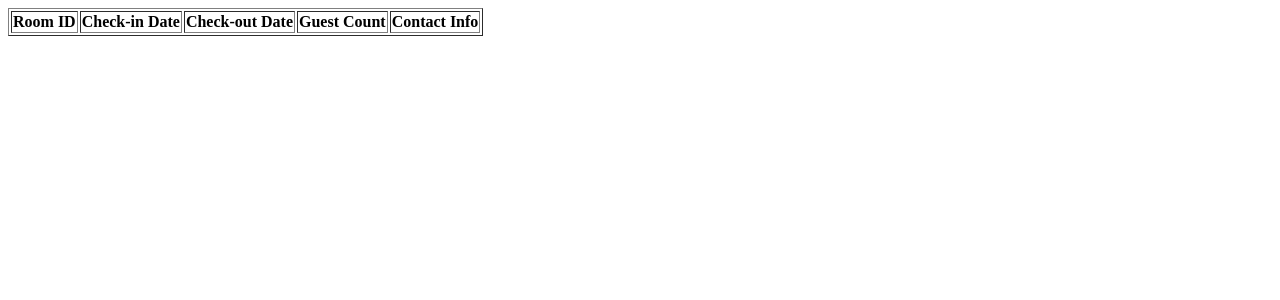
Repository: malingubarnice/Online-Reservation-System
Page: http://localhost/bookings_report.php?sort=room_id
An editor plug-in stored every save of this project. The page is shown before and after the next save, followed by the edit.
The browser window is 1280 px wide. The pictures show the whole page.
The page is run by PHP 8.4 with error messages shown; the project is at /var/www/html/. Queries for data that is not in the repository find no rows.

Above is the page before, as saved 2025-02-26 14:11:20.

After the next save:
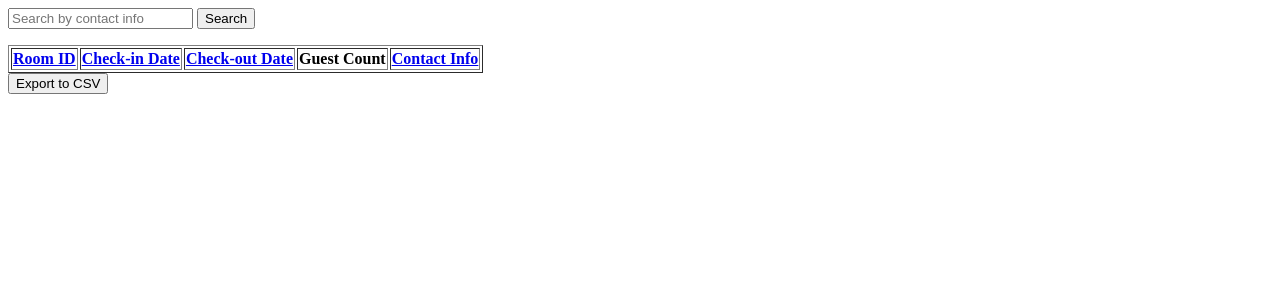
Saved 5 min 46 s later.
--- a/bookings_report.php
+++ b/bookings_report.php
@@ -1,29 +1,47 @@
 <?php
 // Database connection
-$host = "localhost";
-$user = "root";
-$password = "";
-$database = "coppers_ivy";
-
-$conn = mysqli_connect($host, $user, $password, $database);
-if (!$conn) {
-    die("Connection failed: " . mysqli_connect_error());
+$conn = new mysqli("localhost", "root", "", "coppers_ivy");
+if ($conn->connect_error) {
+    die("Connection failed: " . $conn->connect_error);
 }
 
-// Fetch bookings data
-$query = "SELECT room_id, check_in_date, check_out_date, guest_count, contact_info FROM bookings ORDER BY check_in_date DESC";
-$result = mysqli_query($conn, $query);
+// Pagination setup
+$limit = 10;
+$page = isset($_GET['page']) ? $_GET['page'] : 1;
+$start = ($page - 1) * $limit;
+
+// Search & Sorting
+$search = isset($_GET['search']) ? $_GET['search'] : '';
+$sort = isset($_GET['sort']) ? $_GET['sort'] : 'check_in_date DESC';
+
+$query = "SELECT room_id, check_in_date, check_out_date, guest_count, contact_info
+          FROM bookings
+          WHERE contact_info LIKE '%$search%'
+          ORDER BY $sort
+          LIMIT $start, $limit";
+$result = $conn->query($query);
+
+// Get total rows for pagination
+$totalQuery = "SELECT COUNT(*) AS total FROM bookings WHERE contact_info LIKE '%$search%'";
+$totalResult = $conn->query($totalQuery);
+$totalRow = $totalResult->fetch_assoc();
+$totalPages = ceil($totalRow['total'] / $limit);
 ?>
+
+<form method="GET">
+    <input type="text" name="search" placeholder="Search by contact info" value="<?php echo $search; ?>">
+    <button type="submit">Search</button>
+</form>
 
 <table border="1">
     <tr>
-        <th>Room ID</th>
-        <th>Check-in Date</th>
-        <th>Check-out Date</th>
+        <th><a href="?sort=room_id">Room ID</a></th>
+        <th><a href="?sort=check_in_date">Check-in Date</a></th>
+        <th><a href="?sort=check_out_date">Check-out Date</a></th>
         <th>Guest Count</th>
-        <th>Contact Info</th>
+        <th><a href="?sort=contact_info">Contact Info</a></th>
     </tr>
-    <?php while ($row = mysqli_fetch_assoc($result)) { ?>
+    <?php while ($row = $result->fetch_assoc()) { ?>
     <tr>
         <td><?php echo htmlspecialchars($row['room_id']); ?></td>
         <td><?php echo htmlspecialchars($row['check_in_date']); ?></td>
@@ -34,4 +52,12 @@
     <?php } ?>
 </table>
 
-<?php mysqli_close($conn); ?>
+<!-- Pagination -->
+<?php for ($i = 1; $i <= $totalPages; $i++): ?>
+    <a href="?page=<?php echo $i; ?>&search=<?php echo $search; ?>&sort=<?php echo $sort; ?>"><?php echo $i; ?></a>
+<?php endfor; ?>
+
+<!-- CSV Export -->
+<form action="export_bookings.php" method="POST">
+    <button type="submit">Export to CSV</button>
+</form>
